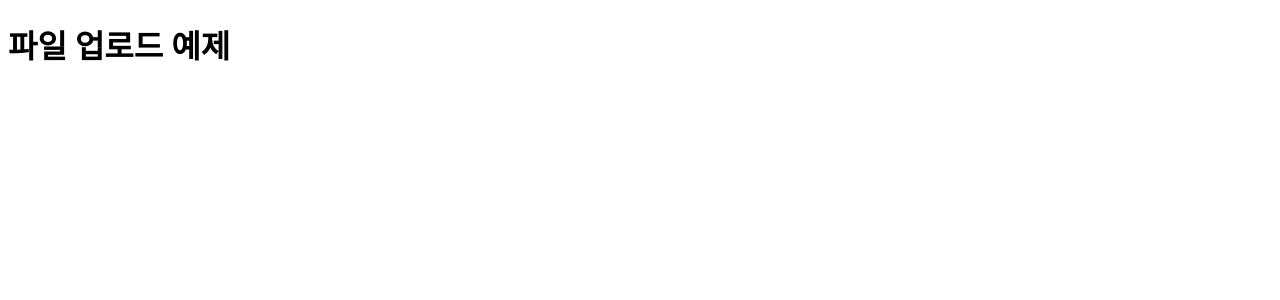
Repository: minkyung0421/jsp_travel_project
Page: http://localhost/Travel_Project/fileUploadForm.jsp
These files come from the project's save history. The page is drawn as it stood at one moment and after the next save; the edit follows.
The browser window is 1280 px wide. The pictures show the whole page.
The page is served by Tomcat 9. Other server files are loaded and not shown.

Above is the page before, as saved 2018-08-20 00:03:11.

### jsp_travel_project/Travel_Project/WebContent/fileUploadForm.jsp
<%@ page language="java" contentType="text/html; charset=EUC-KR"
    pageEncoding="EUC-KR"%>
<!DOCTYPE html PUBLIC "-//W3C//DTD HTML 4.01 Transitional//EN" "http://www.w3.org/TR/html4/loose.dtd">
<html>
<head>
<meta http-equiv="Content-Type" content="text/html; charset=EUC-KR">
<title>Insert title here</title>
</head>
<body>

<h1>파일 업로드 예제</h1>
<center>
	<form action = "fileUpload.jsp" method="post" enctype="Multipart/form-data"></form>
</center>
</body>
</html>

After the next save:
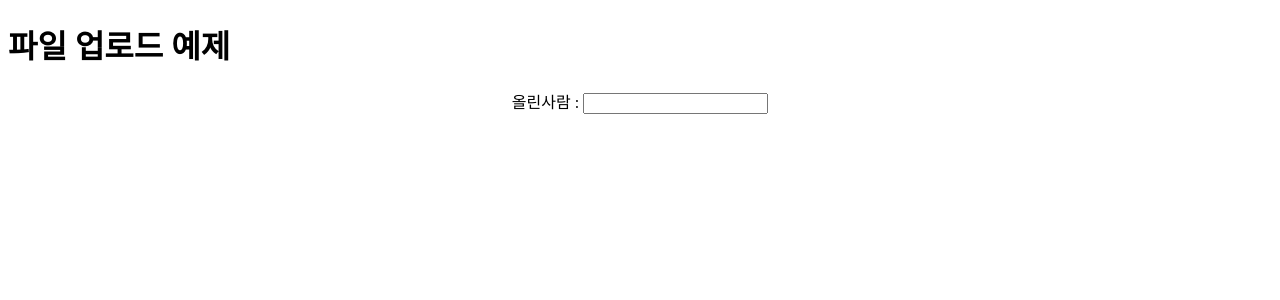
Saved 3 min 8 s later.
--- a/jsp_travel_project/Travel_Project/WebContent/fileUploadForm.jsp
+++ b/jsp_travel_project/Travel_Project/WebContent/fileUploadForm.jsp
@@ -10,7 +10,9 @@
 
 <h1>파일 업로드 예제</h1>
 <center>
-	<form action = "fileUpload.jsp" method="post" enctype="Multipart/form-data"></form>
+	<form action = "fileUpload.jsp" method="post" enctype="Multipart/form-data">
+		올린사람 : <input type= "text" name = "name"><br>
+	</form>
 </center>
 </body>
 </html>
